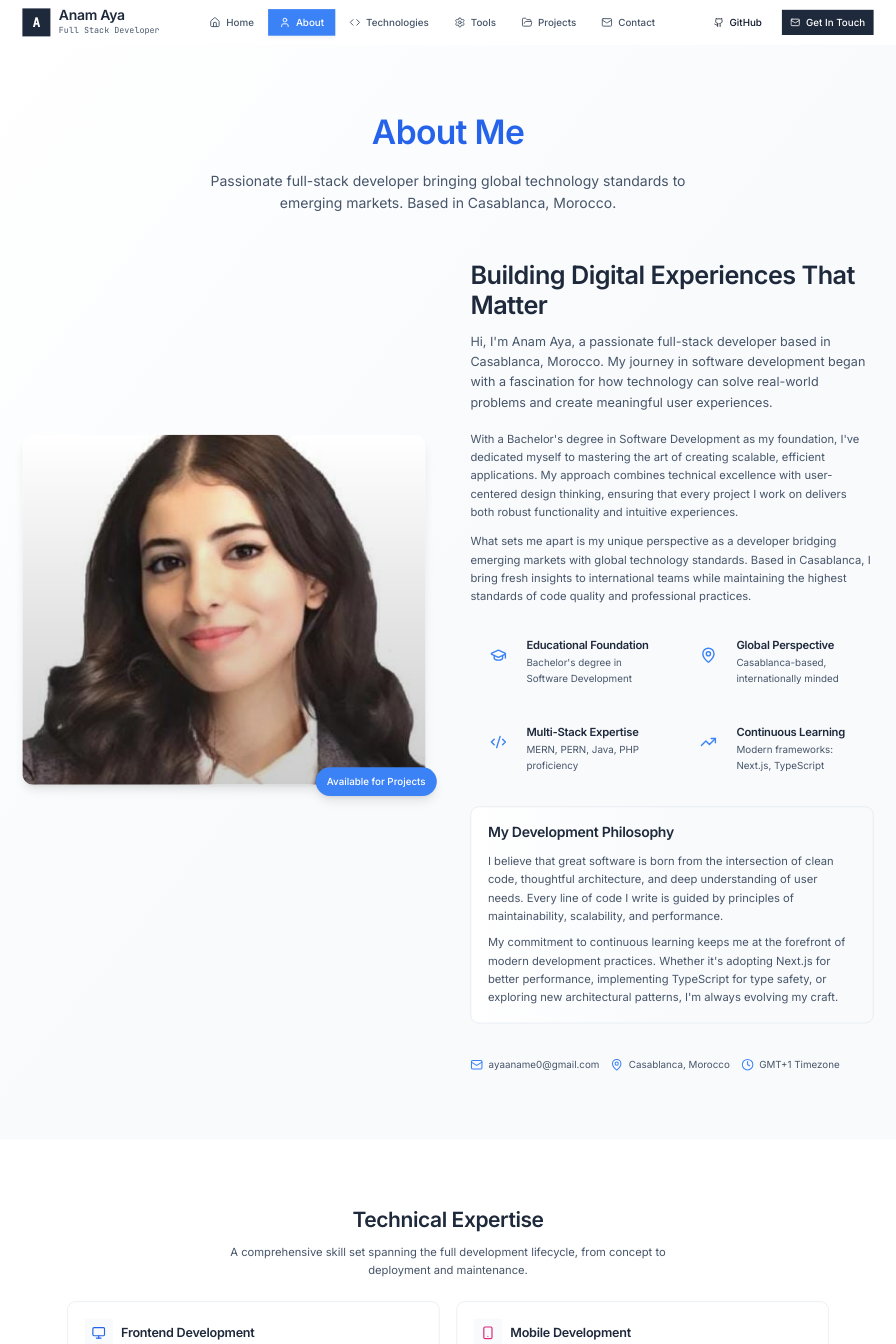
Repository: ayaaas/portflio_aya
Page: /about-me-personal-narrative
An editor plug-in stored every save of this project. The page is shown before and after the next save, followed by the edit.
The browser window is 1280 px wide. The pictures show the part of the page from y = 0 to 1920 px (the page is 4280 px tall), at 70% of full size.
The project was rebuilt for these pictures with package versions that can differ from the ones it lists, and the page was loaded fresh each time. Also part of the build but not shown: vite.config.mjs, src/components/ErrorBoundary.jsx, src/pages/hero-section-developer-portfolio/components/ProfileImage.jsx, src/pages/hero-section-developer-portfolio/components/AnimatedText.jsx, src/pages/hero-section-developer-portfolio/components/HeroContent.jsx, src/pages/hero-section-developer-portfolio/components/BackgroundPattern.jsx, src/pages/hero-section-developer-portfolio/components/ScrollIndicator.jsx, src/pages/hero-section-developer-portfolio/index.jsx and 23 more.

Above is the page before, as saved 2025-07-20 01:07:22.

After the next save:
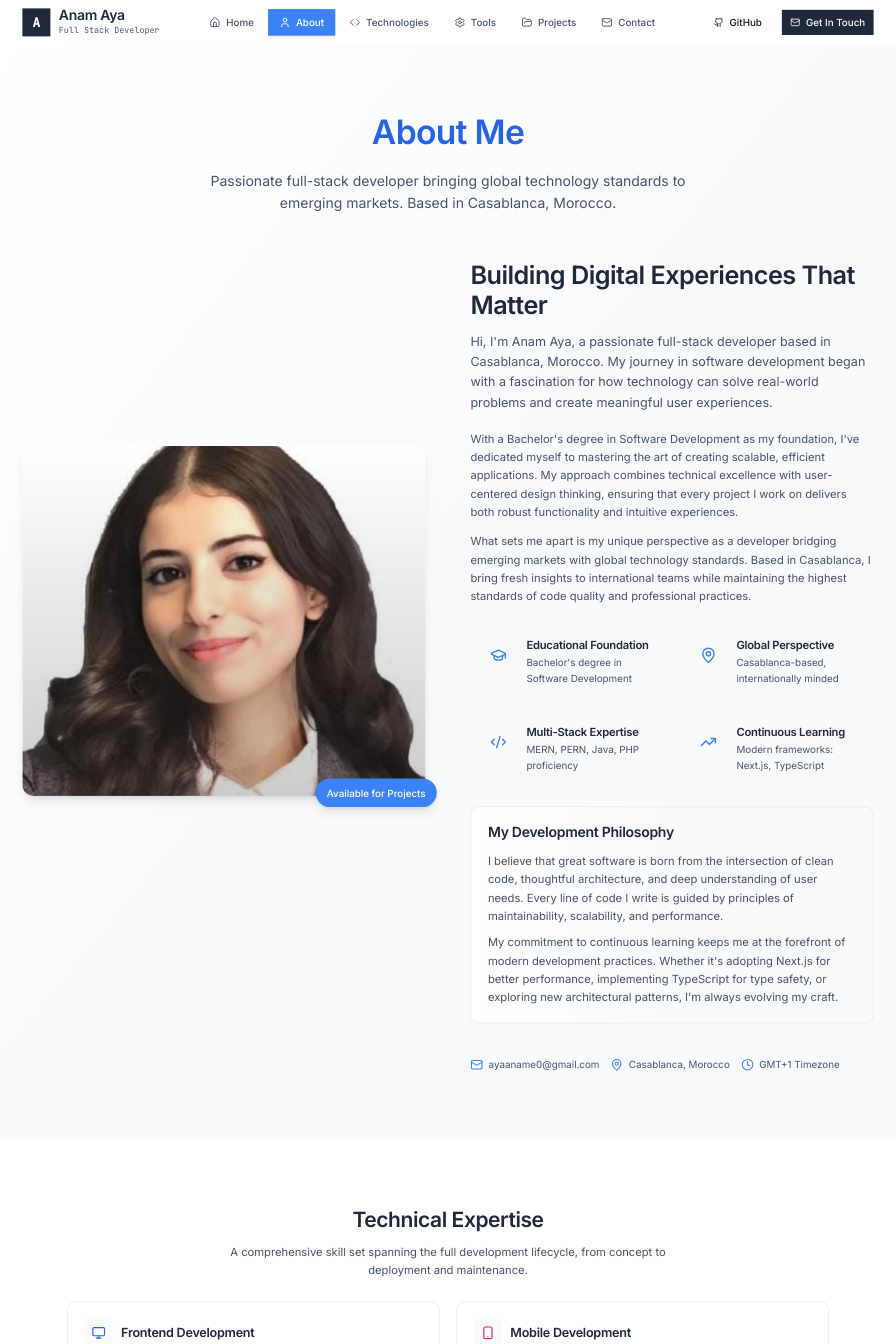
Saved 7 s later.
--- a/src/pages/about-me-personal-narrative/index.jsx
+++ b/src/pages/about-me-personal-narrative/index.jsx
@@ -81,7 +81,7 @@ const AboutMePersonalNarrative = () => {
               </div>
               <div className="grid grid-cols-1 lg:grid-cols-2 gap-12 lg:gap-16 items-center">
                 {/* Profile Image */}
-                <div className="order-2 lg:order-1 -mt-40">
+                <div className="order-2 lg:order-1 -mt-32">
                   <ProfileImage />
                 </div>
 
